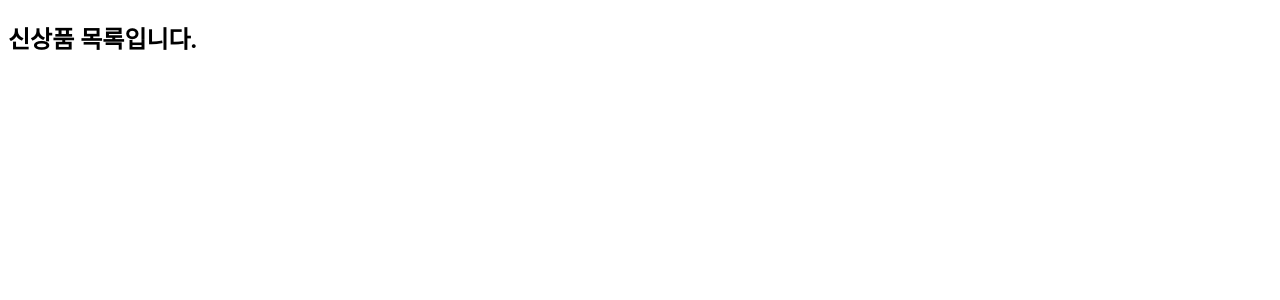
Repository: JeongDaejin/JSP-
Page: http://localhost/ServletTest/bestitem.jsp
These files come from the project's save history. The page is drawn as it stood at one moment and after the next save; the edit follows.
The browser window is 1280 px wide. The pictures show the whole page.
The page is served by Tomcat 9. Other server files are loaded and not shown.

Above is the page before, as saved 2023-02-01 07:04:36.

### JSPExam2/ServletTest/src/main/webapp/bestitem.jsp
<%@ page language="java" contentType="text/html; charset=EUC-KR"
    pageEncoding="EUC-KR"%>
<!DOCTYPE html>
<html>
<head>
<meta charset="EUC-KR">
<title>Insert title here</title>
</head>
<body>
<h2>신상품 목록입니다.</h2>
</body>
</html>

After the next save:
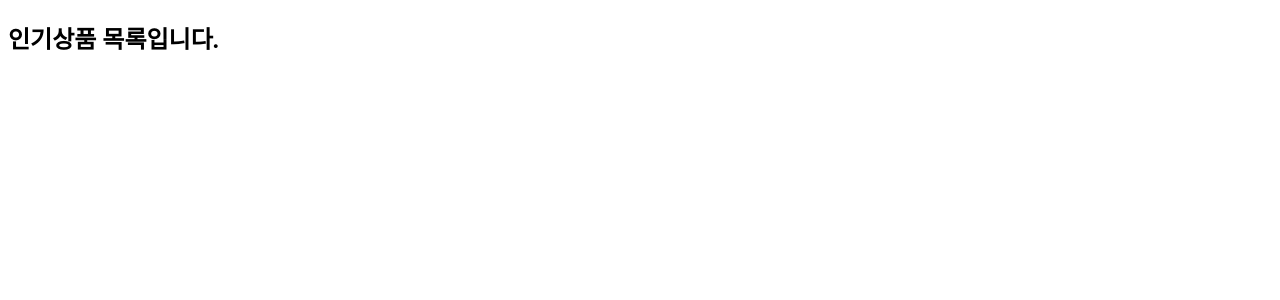
Saved 27 s later.
--- a/JSPExam2/ServletTest/src/main/webapp/bestitem.jsp
+++ b/JSPExam2/ServletTest/src/main/webapp/bestitem.jsp
@@ -7,6 +7,6 @@
 <title>Insert title here</title>
 </head>
 <body>
-<h2>신상품 목록입니다.</h2>
+<h2>인기상품 목록입니다.</h2>
 </body>
 </html>
